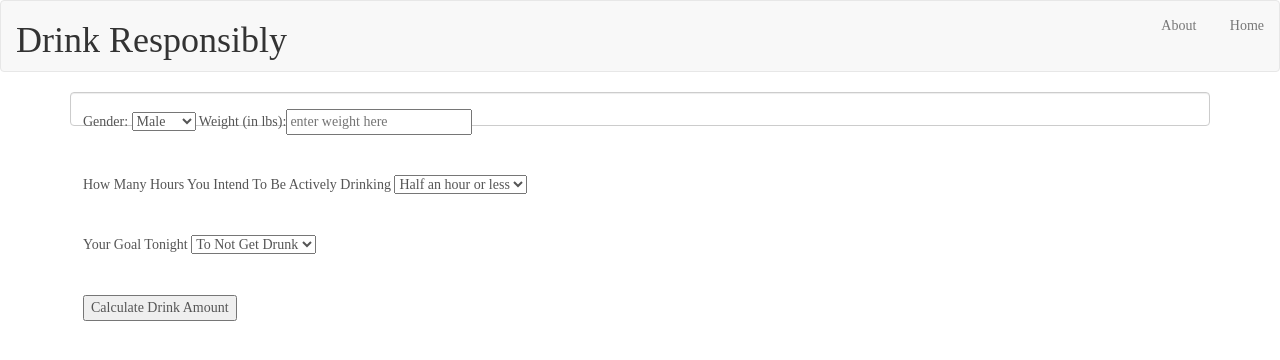
Repository: NatNat180/DrinkResponsibly
Page: http://localhost/DrinkResponsibly/form
These files come from the project's save history. The page is drawn as it stood at one moment and after the next save; the edit follows.
The browser window is 1280 px wide. The pictures show the whole page.
Some web fonts or font styles are not loaded; a fallback is used. The page is served by Tomcat 9.

Above is the page before, as saved 2016-04-07 15:31:18.

After the next save:
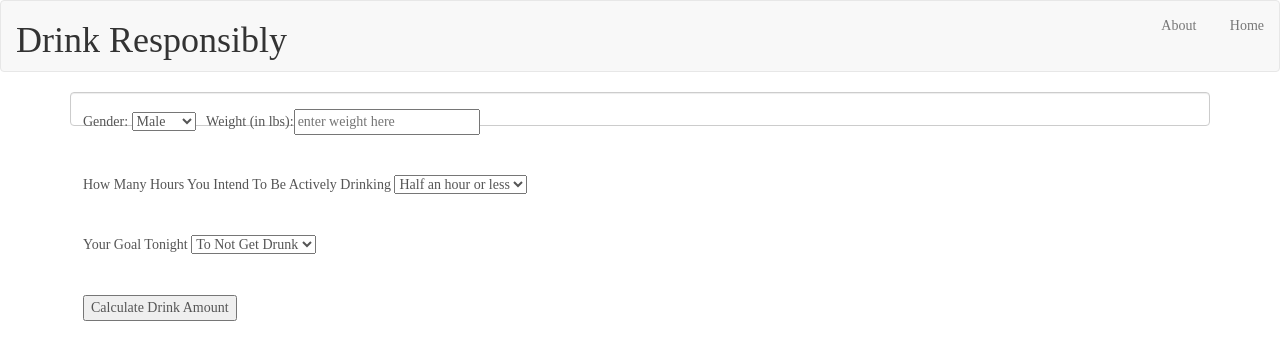
Saved 21 s later.
--- a/DrinkResponsibly/WebContent/WEB-INF/index.jsp
+++ b/DrinkResponsibly/WebContent/WEB-INF/index.jsp
@@ -20,7 +20,7 @@
 </select>
 <!--<input type="radio" name="gender" value="male">Male<br>
 <input type="radio" name="gender" value="female">Female<br>-->
-   Weight (in lbs):<input type="text" name="weight" placeholder="enter weight here" required></p><br>
+&nbsp;&nbsp;Weight (in lbs):<input type="text" name="weight" placeholder="enter weight here" required></p><br>
 <p>How Many Hours You Intend To Be Actively Drinking
 <select name="drink-time">
 	<option value="0">Half an hour  or less</option>
